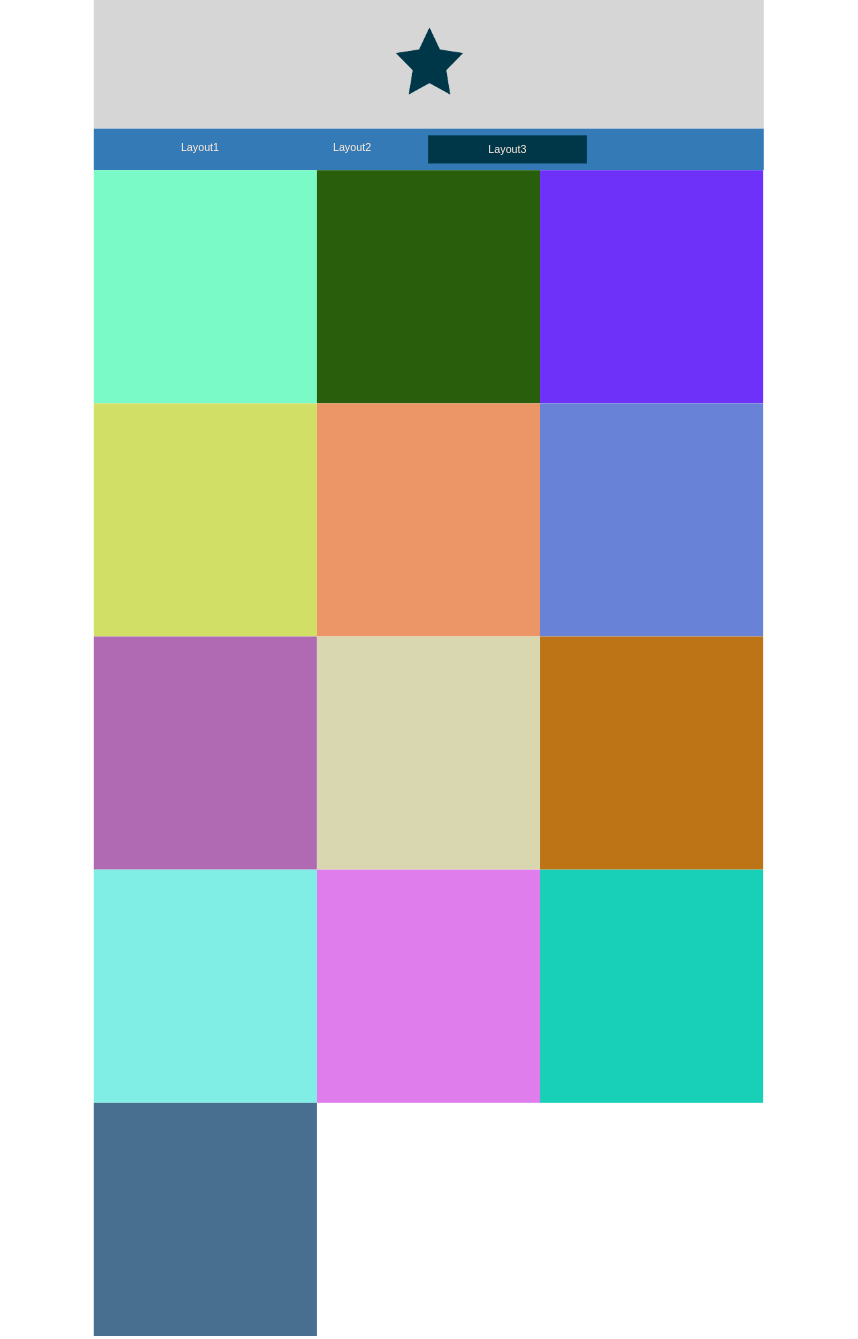
Repository: baliayassin/MyGame
Page: Documents/Aptana Studio 3 Workspace/homeWork2/layOut3.html
These files come from the project's save history. The page is drawn as it stood at one moment and after the next save; the edit follows.
The browser window is 1280 px wide. The pictures show the whole page, at 67% of full size.

Above is the page before, as saved 2017-12-13 10:37:15.

After the next save:
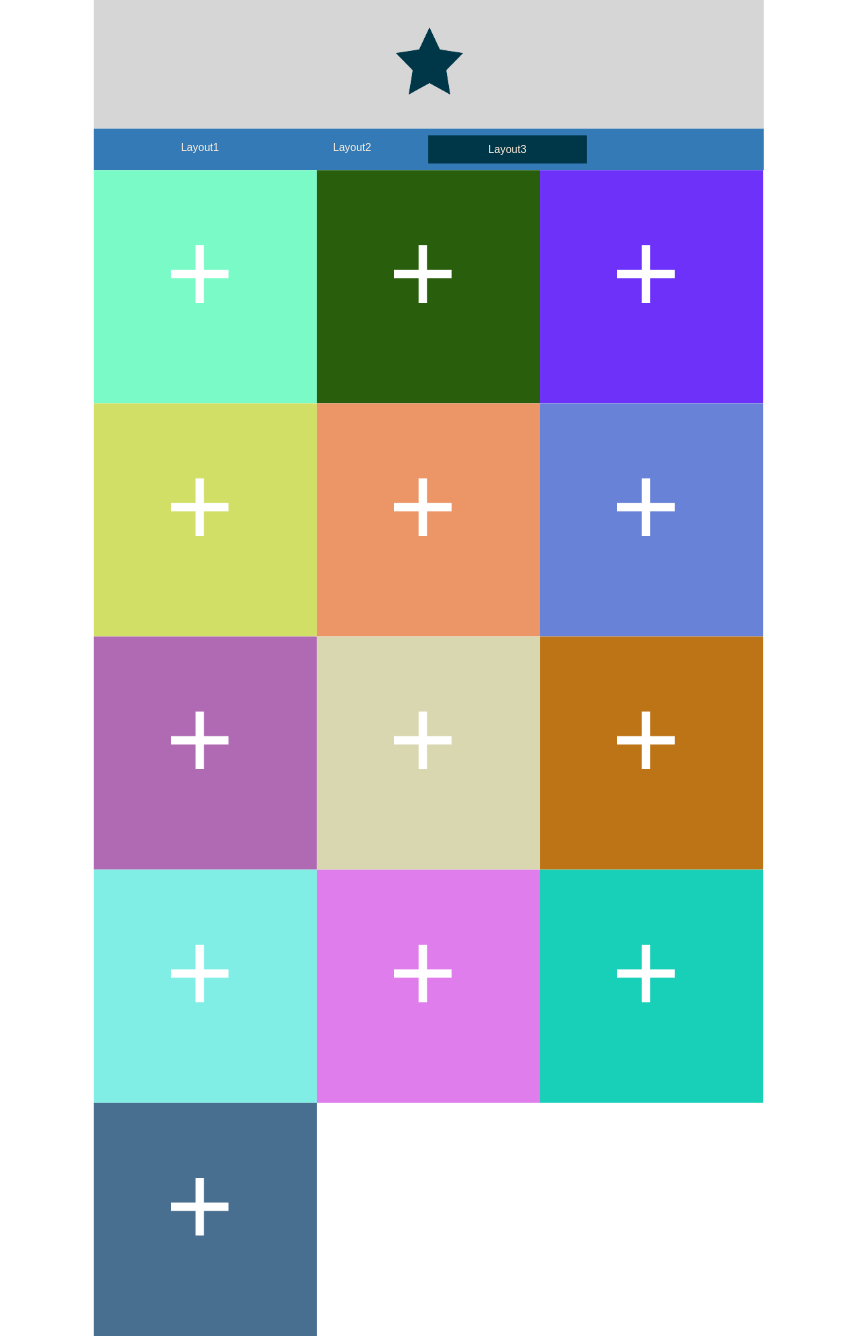
Saved 28 s later.
--- a/Documents/Aptana Studio 3 Workspace/homeWork2/includes/main.js
+++ b/Documents/Aptana Studio 3 Workspace/homeWork2/includes/main.js
@@ -21,7 +21,7 @@
                 	else
                 	    this.innerHTML=star;
                 	};
-                	articleObjects[i].ineerHTML=plus;
+                	articleObjects[i].innerHTML=plus;
                  document.getElementById('boxes').appendChild(articleObjects[i]);
 
                 // articleObjects[i].addEventListener("click",addOrDeleteStar);

After the save that followed:
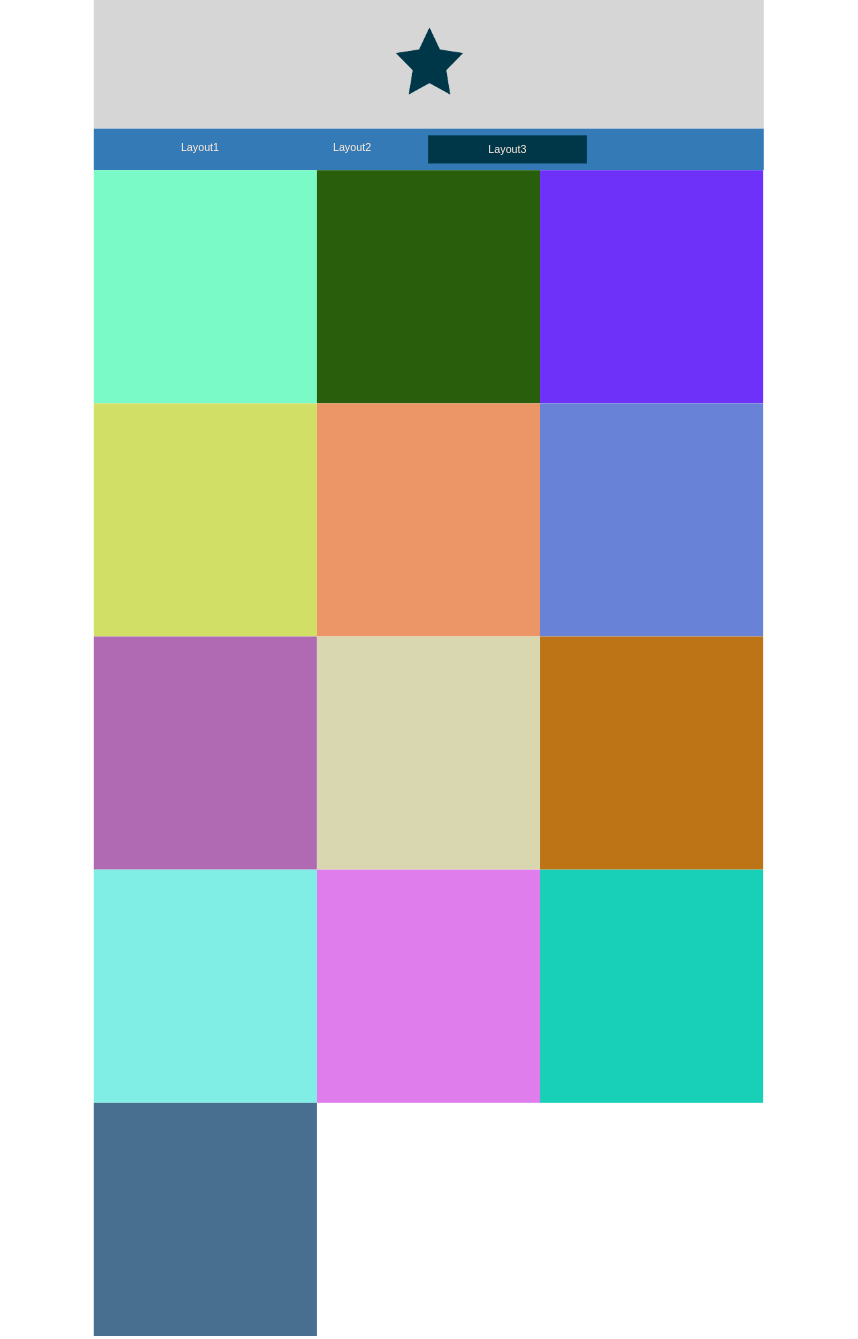
Console error: TypeError: Cannot set properties of undefined (setting 'innerHTML')
Saved 39 s later.
--- a/Documents/Aptana Studio 3 Workspace/homeWork2/includes/main.js
+++ b/Documents/Aptana Studio 3 Workspace/homeWork2/includes/main.js
@@ -7,7 +7,7 @@
 
 	var mainPTR = document.getElementById('boxes');
 
-			for(i=0;i<13;i++){
+			for( i=0;i<13;i++){
 
 			     articleObjects[i]=document.createElement('article');
 
@@ -21,12 +21,12 @@
                 	else
                 	    this.innerHTML=star;
                 	};
-                	articleObjects[i].innerHTML=plus;
+
                  document.getElementById('boxes').appendChild(articleObjects[i]);
 
                 // articleObjects[i].addEventListener("click",addOrDeleteStar);
 
 	} //end for
-
+	articleObjects[13].innerHTML=plus;
 
 })();
